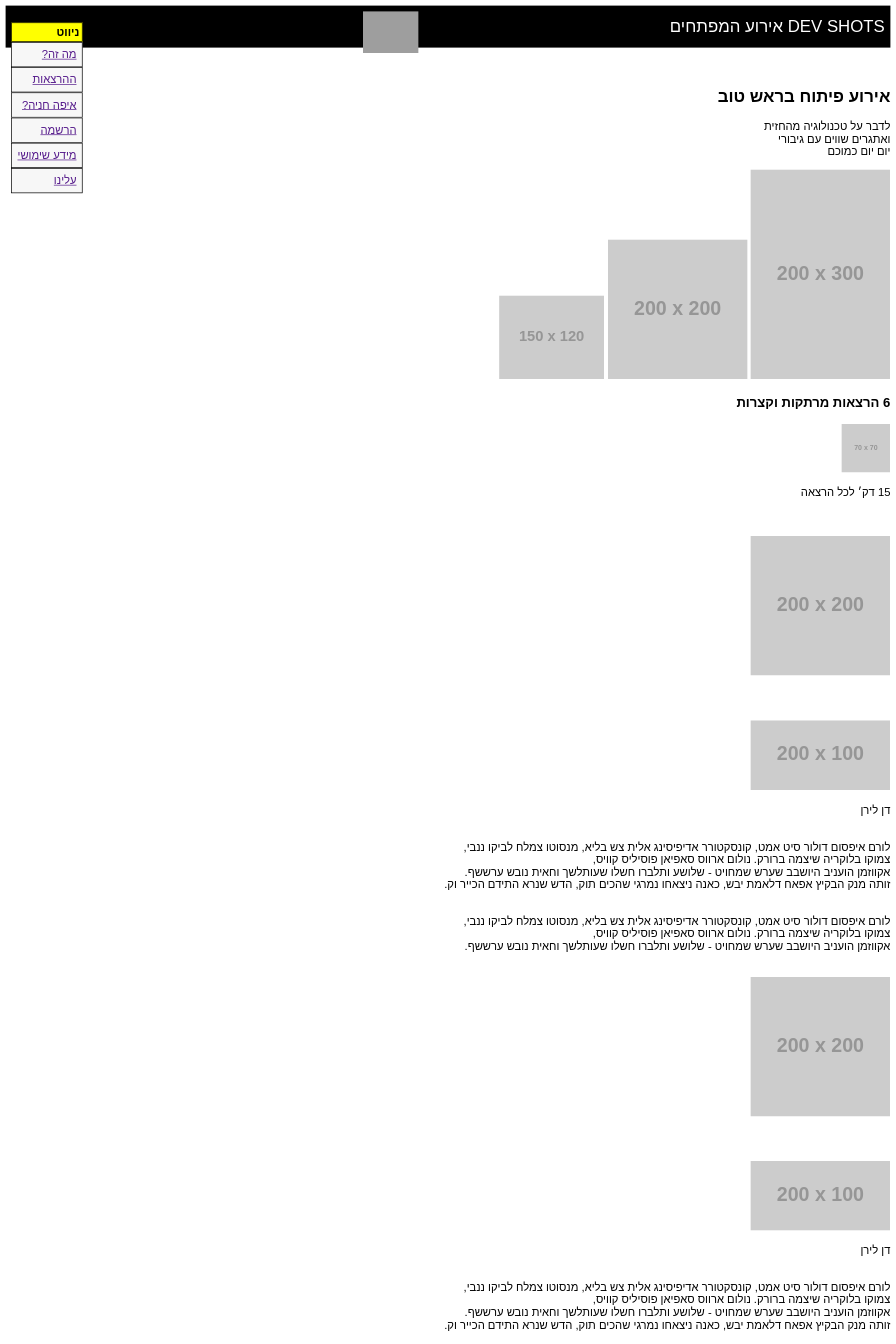
Repository: Julian-Escobar/DevShots
Page: index.html
The author's editor kept a copy of each file at every save. The page is drawn from the files as they stood at one save, then again after the next save.
The browser window is 1280 px wide. The pictures show the part of the page from y = 0 to 1920 px (the page is 7870 px tall), at 70% of full size.
Pictures or frames that could not be fetched are drawn as grey boxes.

Above is the page before, as saved 2018-08-25 17:37:08.

### index.html
<!DOCTYPE HTML>
<html>
  <head>
      <link rel="stylesheet" href="style.css">
        <style>

                body{
                    text-align: right;
                    direction: rtl;
                }
        </style>
  </head>
  <body>
      <!--header-->
       <header>
        <h2 class="title">   DEV SHOTS אירוע המפתחים  </h2>
       <div ><a ></a><img class="netcraftlogo" src="https://cdn.dribbble.com/users/277968/screenshots/1639449/netcraftdev_1x.png" alt="netcraft logo"></a> </div>
        <div class="dropdownnav"> <nav>
            <ul>
              <li><div class="navtitle"> <b>ניווט</b></li><li>
                  <a class="navlink" href=""> מה זה? </a></li><li>
                      <a class="navlink" href=""> ההרצאות </a></li><li>
                          <a class="navlink" href=""> איפה חניה? </a></li><li>
                              <a class="navlink" href=""> הרשמה </a></li><li>
                                  <a class="navlink" href=""> מידע שימושי </a></li><li>
                                      <a class="navlink" href=""> עלינו </a></li>
                                  </ul>
        </nav> </div>
       </header>
       <br> <br>

       <!--section 1-->
       <section class="section1 conteiner" >
               <div> <h1 class="secondtitle">אירוע פיתוח בראש טוב</h1>
                     <p> לדבר על טכנולוגיה מהחזית <br>ואתגרים שווים עם גיבורי<br> יום יום כמוכם</p>
               </div>
          <a class="robot 1"href="https://placeholder.com"><img src="https://via.placeholder.com/200x300" alt="robot1 image"></a>
          <a class="robot 2"href="https://placeholder.com"><img src="https://via.placeholder.com/200x200" alt="robot2 image"></a>
          <a class="robot 3"href="https://placeholder.com"><img src="https://via.placeholder.com/150x120" alt="robot3 image"></a>
       </section>

              <!--section 2 lectures-->
        <section class="section2 conteiner">
                    <h3>6 הרצאות מרתקות וקצרות</h3>
                    <div class="lecture time"> <a class="clock icon"href="https://placeholder.com"><img src="https://via.placeholder.com/70x70"alt="clock icon"> </a>
                    <p>15 דק׳ לכל הרצאה</p></div>
                    <br>
                    <br>

                  <article class="lecture container">
                            <a class="prof picture"href="https://placeholder.com"><img src="https://via.placeholder.com/200x200" alt="lecturer photo"></a>
                             <h3 class="card title">חומריות בעולם הגידיטל</h3>
                             <a class="bubble image"href="https://placeholder.com"><img src="https://via.placeholder.com/200x100"alt="bubble image"></a>
                                <p class="prof name">דן לירן</p> </div>
                                <p class=><br>לורם איפסום דולור סיט אמט, קונסקטורר אדיפיסינג אלית צש בליא, מנסוטו צמלח לביקו ננבי,
                                        <br>צמוקו בלוקריה שיצמה ברורק. נולום ארווס סאפיאן פוסיליס קוויס,
                                        <br>אקווזמן הועניב היושבב שערש שמחויט - שלושע ותלברו חשלו שעותלשך וחאית נובש ערששף.
                                        <br> זותה מנק הבקיץ אפאח דלאמת יבש, כאנה ניצאחו נמרגי שהכים תוק, הדש שנרא התידם הכייר וק.</p>
                                    <p><br>לורם איפסום דולור סיט אמט, קונסקטורר אדיפיסינג אלית צש בליא, מנסוטו צמלח לביקו ננבי,
                                        <br> צמוקו בלוקריה שיצמה ברורק. נולום ארווס סאפיאן פוסיליס קוויס,
                                        <br>  אקווזמן הועניב היושבב שערש שמחויט - שלושע ותלברו חשלו שעותלשך וחאית נובש ערששף. </p>

                 </article>
                 <br>
                 <article class="lecture container">
                        <a class="prof picture"href="https://placeholder.com"><img src="https://via.placeholder.com/200x200"alt="lecturer photo"></a>
                         <h3 class="card title">חומריות בעולם הגידיטל</h3>
                         <a class="bubble image"href="https://placeholder.com"><img src="https://via.placeholder.com/200x100"alt="bubble image"></a>
                            <p class="prof name">דן לירן</p> </div>
                            <p class=><br>לורם איפסום דולור סיט אמט, קונסקטורר אדיפיסינג אלית צש בליא, מנסוטו צמלח לביקו ננבי,
                                    <br>צמוקו בלוקריה שיצמה ברורק. נולום ארווס סאפיאן פוסיליס קוויס,
                                    <br>אקווזמן הועניב היושבב שערש שמחויט - שלושע ותלברו חשלו שעותלשך וחאית נובש ערששף.
                                    <br> זותה מנק הבקיץ אפאח דלאמת יבש, כאנה ניצאחו נמרגי שהכים תוק, הדש שנרא התידם הכייר וק.</p>
                                <p><br>לורם איפסום דולור סיט אמט, קונסקטורר אדיפיסינג אלית צש בליא, מנסוטו צמלח לביקו ננבי,
                                    <br> צמוקו בלוקריה שיצמה ברורק. נולום ארווס סאפיאן פוסיליס קוויס,
                                    <br>  אקווזמן הועניב היושבב שערש שמחויט - שלושע ותלברו חשלו שעותלשך וחאית נובש ערששף. </p>

             </article>

             <br>
             <article class="lecture container">
                    <a class="prof picture"href="https://placeholder.com"><img src="https://via.placeholder.com/200x200"alt="lecturer photo"></a>
                    <h3 class="card title">חומריות בעולם הגידיטל</h3>
                     <a class="bubble image"href="https://placeholder.com"><img src="https://via.placeholder.com/200x100"alt="bubble image"></a>
                        <p class="prof name">דן לירן</p> </div>
                        <p class=><br>לורם איפסום דולור סיט אמט, קונסקטורר אדיפיסינג אלית צש בליא, מנסוטו צמלח לביקו ננבי,
                                <br>צמוקו בלוקריה שיצמה ברורק. נולום ארווס סאפיאן פוסיליס קוויס,
                                <br>אקווזמן הועניב היושבב שערש שמחויט - שלושע ותלברו חשלו שעותלשך וחאית נובש ערששף.
                                <br> זותה מנק הבקיץ אפאח דלאמת יבש, כאנה ניצאחו נמרגי שהכים תוק, הדש שנרא התידם הכייר וק.</p>
                            <p><br>לורם איפסום דולור סיט אמט, קונסקטורר אדיפיסינג אלית צש בליא, מנסוטו צמלח לביקו ננבי,
                                <br> צמוקו בלוקריה שיצמה ברורק. נולום ארווס סאפיאן פוסיליס קוויס,
                                <br>  אקווזמן הועניב היושבב שערש שמחויט - שלושע ותלברו חשלו שעותלשך וחאית נובש ערששף. </p>

         </article>
         <br>

         <article class="lecture container">
                <a class="prof picture"href="https://placeholder.com"><img src="https://via.placeholder.com/200x200"alt="lecturer photo"></a>
                <h3 class="card title">חומריות בעולם הגידיטל</h3>
                <a class="bubble image"href="https://placeholder.com"><img src="https://via.placeholder.com/200x100"alt="bubble image"></a>
                    <p class="prof name">דן לירן</p> </div>
                    <p class=><br>לורם איפסום דולור סיט אמט, קונסקטורר אדיפיסינג אלית צש בליא, מנסוטו צמלח לביקו ננבי,
                            <br>צמוקו בלוקריה שיצמה ברורק. נולום ארווס סאפיאן פוסיליס קוויס,
                            <br>אקווזמן הועניב היושבב שערש שמחויט - שלושע ותלברו חשלו שעותלשך וחאית נובש ערששף.
                            <br> זותה מנק הבקיץ אפאח דלאמת יבש, כאנה ניצאחו נמרגי שהכים תוק, הדש שנרא התידם הכייר וק.</p>
                        <p><br>לורם איפסום דולור סיט אמט, קונסקטורר אדיפיסינג אלית צש בליא, מנסוטו צמלח לביקו ננבי,
                            <br> צמוקו בלוקריה שיצמה ברורק. נולום ארווס סאפיאן פוסיליס קוויס,
                            <br>  אקווזמן הועניב היושבב שערש שמחויט - שלושע ותלברו חשלו שעותלשך וחאית נובש ערששף. </p>

     </article>
     <br>

     <article class="lecture container">
            <a class="prof picture"href="https://placeholder.com"><img src="https://via.placeholder.com/200x200"alt="lecturer photo"></a>
             <h3 class="card title">חומריות בעולם הגידיטל</h3>
             <a class="bubble image"href="https://placeholder.com"><img src="https://via.placeholder.com/200x100"alt="bubble image"></a>
                <p class="prof name">דן לירן</p> </div>
                <p class=><br>לורם איפסום דולור סיט אמט, קונסקטורר אדיפיסינג אלית צש בליא, מנסוטו צמלח לביקו ננבי,
                        <br>צמוקו בלוקריה שיצמה ברורק. נולום ארווס סאפיאן פוסיליס קוויס,
                        <br>אקווזמן הועניב היושבב שערש שמחויט - שלושע ותלברו חשלו שעותלשך וחאית נובש ערששף.
                        <br> זותה מנק הבקיץ אפאח דלאמת יבש, כאנה ניצאחו נמרגי שהכים תוק, הדש שנרא התידם הכייר וק.</p>
                    <p><br>לורם איפסום דולור סיט אמט, קונסקטורר אדיפיסינג אלית צש בליא, מנסוטו צמלח לביקו ננבי,
                        <br> צמוקו בלוקריה שיצמה ברורק. נולום ארווס סאפיאן פוסיליס קוויס,
                        <br>  אקווזמן הועניב היושבב שערש שמחויט - שלושע ותלברו חשלו שעותלשך וחאית נובש ערששף. </p>

 </article>

 <br>
 <article class="lecture container">
        <a class="prof picture"href="https://placeholder.com"><img src="https://via.placeholder.com/200x200"alt="lecturer photo"></a>
         <h3 class="card title">חומריות בעולם הגידיטל</h3>
         <a class="bubble image"href="https://placeholder.com"><img src="https://via.placeholder.com/200x100"alt="bubble image"></a>
            <p class="prof name">דן לירן</p> </div>
            <p class=><br>לורם איפסום דולור סיט אמט, קונסקטורר אדיפיסינג אלית צש בליא, מנסוטו צמלח לביקו ננבי,
                    <br>צמוקו בלוקריה שיצמה ברורק. נולום ארווס סאפיאן פוסיליס קוויס,
                    <br>אקווזמן הועניב היושבב שערש שמחויט - שלושע ותלברו חשלו שעותלשך וחאית נובש ערששף.
                    <br> זותה מנק הבקיץ אפאח דלאמת יבש, כאנה ניצאחו נמרגי שהכים תוק, הדש שנרא התידם הכייר וק.</p>
                <p><br>לורם איפסום דולור סיט אמט, קונסקטורר אדיפיסינג אלית צש בליא, מנסוטו צמלח לביקו ננבי,
                    <br> צמוקו בלוקריה שיצמה ברורק. נולום ארווס סאפיאן פוסיליס קוויס,
                    <br>  אקווזמן הועניב היושבב שערש שמחויט - שלושע ותלברו חשלו שעותלשך וחאית נובש ערששף. </p>
</article>
<div> <a class="robot4"> <img src="https://via.placeholder.com/70x70"alt="robot4 image"> </a></div>
</section>


<!--section 3 directions-->

<section>
    <article>
    <h4> אז איפה שמים את האוטו?</h4>
    <p>ועוד כמה פרטים חשובים...</p>
    <p> הערב יערך במועדון הסבל</p>
    <address> דרך שלומו 53, תל אביב</address>
 <div class="buses container">
       <hr class=line1>
       <p>מתכנסים בשעה</p>
       <p><big> 18:30 </big></p>
       <hr class=line1>
       <dl>
            <dt>חניה</dt>
              <hr class=line1>
              <dd>1. חניון אלי פלט</dd>
              <dd>2. רחוב אלפסי</dd>
              <dd>3. רחוב חיים בן אתר</dd>
       </dl>
 </div>

 <div class="buses container">
                <hr class=line1>
                <p>מתחילים בשעה:</p>
                <p><big> 19:00 </big></p>
                <hr class=line1>
                <dl>

                     <dt>אוטובוסים</dt>
                       <hr class=line1>
                       <dd>1. רכבת מרכז - 142,42</dd>
                       <dd>2. תחנה מרכזית - 163, 201, 96</dd>
                </dl>
 </div>
 <div class="map">
        <a class="map"> <img src="https://via.placeholder.com/400x400" alt="map image"> </a></div>
        <a class="lupa"> <img src="https://via.placeholder.com/15x15" alt="lupa icon"> </a></div>
        <a href="url">למפה המלאה</a>
</div> </article> </section>
<br>

<!--section 4 contact-->
<h5> הרשמה </h5>
<p>הכניסה היא בחינם אבל מספר המקומות מצומצם.</p>
<p> הערב יערך במועדון הסבנשמח אם תרשמו רק אם אתם מתכוונים להגיע- כדי שלא נסרב למישהו אחר</p>
<hr class=line3>
<p>כל הפרטים אישיים ישארו חסומים ולא נעביא אותם לאף אחד</p>
<hr class=line3>
<br>
<br>

<form action="" method="post">
    <div>
        <label for="name">שם מלא</label>
        <input type="text" placeholder="פרטי וגם משפחה" id="name" name="user_name">
    </div>
    <div>
        <label for="position">תפקיד</label>
        <input  type="position" placeholder="מה אתם עושים ביום יום" id="position" name="user_position">
    </div>
    <div>
            <label for="organization">ארגון</label>
            <input  type="organization" placeholder="מי משלם לכם משכורת" id="organization" name="user_organization">
        </div>
    <div>
            <label for="phone">מספר טלפון</label>
            <input  type="phone" placeholder="או סלולרי, לנו זה לא איכפת" id="phone" name="user_phone">
        </div>
        <div>
                <label for="friends">יש חברים?</label>
                <input  type="friends" placeholder="יש מלא אבל אני בא לבד" id="friends" name="user_friends">
            </div>
            <button name="button">זהו שלח אותי</button>
    </form>
    <br>

<!--section 5 Useful information-->

<section>
    <h6><big>מידע שימושי</big></h6>

    <article> <div class="card2"> <a class="card2 image"> <img src="https://via.placeholder.com/100x100"alt="card image"></a><h3 class="car2 title">קונסקטורר אדיפיסינג אלית</h3>
        <p class="p card2">לורם איפסום דולור סיט אמט, קונסקטורר אדיפיסינג אלית נולום ארווס סאפיאן - פוסיליס קוויס, אקווזמן קולורס מונפרד אדנדום סילקוף, מרגשי ומרגשח</p>
    </div></article>

    <article> <div class="card2"> <a class="card2 image"> <img src="https://via.placeholder.com/100x100"alt="card image"></a><h3 class="car2 title">קונסקטורר אדיפיסינג אלית</h3>
        <p class="p card2">לורם איפסום דולור סיט אמט, קונסקטורר אדיפיסינג אלית נולום ארווס סאפיאן - פוסיליס קוויס, אקווזמן קולורס מונפרד אדנדום סילקוף, מרגשי ומרגשח</p>
    </div></article>

    <article> <div class="card2"> <a class="card2 image"> <img src="https://via.placeholder.com/100x100"alt="card image"></a><h3 class="car2 title">קונסקטורר אדיפיסינג אלית</h3>
        <p class="p card2">לורם איפסום דולור סיט אמט, קונסקטורר אדיפיסינג אלית נולום ארווס סאפיאן - פוסיליס קוויס, אקווזמן קולורס מונפרד אדנדום סילקוף, מרגשי ומרגשח</p>
    </div></article>

    <article> <div class="card2"> <a class="card2 image"> <img src="https://via.placeholder.com/100x100"alt="card image"></a><h3 class="car2 title">קונסקטורר אדיפיסינג אלית</h3>
        <p class="p card2">לורם איפסום דולור סיט אמט, קונסקטורר אדיפיסינג אלית נולום ארווס סאפיאן - פוסיליס קוויס, אקווזמן קולורס מונפרד אדנדום סילקוף, מרגשי ומרגשח</p>
    </div></article>

    <article> <div class="card2"> <a class="card2 image"> <img src="https://via.placeholder.com/100x100"alt="card image"></a><h3 class="car2 title">קונסקטורר אדיפיסינג אלית</h3>
        <p class="p card2">לורם איפסום דולור סיט אמט, קונסקטורר אדיפיסינג אלית נולום ארווס סאפיאן - פוסיליס קוויס, אקווזמן קולורס מונפרד אדנדום סילקוף, מרגשי ומרגשח</p>
    </div></article>

    <article> <div class="card2"> <a class="card2 image"> <img src="https://via.placeholder.com/100x100"alt="card image"></a><h3 class="car2 title">קונסקטורר אדיפיסינג אלית</h3>
        <p class="p card2">לורם איפסום דולור סיט אמט, קונסקטורר אדיפיסינג אלית נולום ארווס סאפיאן - פוסיליס קוויס, אקווזמן קולורס מונפרד אדנדום סילקוף, מרגשי ומרגשח</p>
    </div></article>

    <a class="bottom robot"> <img src="https://via.placeholder.com/200x100"></a>
</section>

<!--section 6 footer-->
<section>
    <div class="footer div"><H3 class="footer title"> קצת עלינו</H3></div>
            <sec> <div class="footer components"> <a class="netcraft logo"> <img src="https://via.placeholder.com/100x30"alt="net craft logo"></a> </div>
            <div class="footer components"><p><b><big> נטפרפט </big></b>ורם איפסום דולור סיט אמט, קונסקטורר אדיפיסינג אלית נולום ארווס סאפיאן - פוסיליס קוויס, אקווזמן קולורס מונפרד אדנדום סילקוף, מרגשי ומרגשח. עמחליף גולר מונפרר סוברט</p></div>
            <div class="footer components"> <a class="logo"> <img src="https://via.placeholder.com/30x30"></a> <p>לורם איפסום דולור סיט אמט</p> </div>
            <div class="footer components"> <a class="logo"> <img src="https://via.placeholder.com/30x30"></a> <p>לורם איפסום דולור סיט אמט</p> </div>
            <div class="footer components"> <a class="logo"> <img src="https://via.placeholder.com/30x30"></a> <p>לורם איפסום דולור סיט אמט</p> </div>
            <div class="footer components"> <a class="logo"> <img src="https://via.placeholder.com/30x30"></a> <p>לורם איפסום דולור סיט אמט</p> </div>

            <div class="footer detail"> <p> איפסום דולור סיט אמט | איפסום דולור סיט אמט | איפסום דולור סיט אמט | some info@here </p> <a class="logo netcraft small"> <img src="https://via.placeholder.com/30x12"alt="netcraft logo"></a>  </div></sec>
</section>

  </body>
</html>

### style.css
html {
    -moz-box-sizing: border-box;
    box-sizing: border-box;
}

ul {
    list-style: none;
  }

*,
*:before,
*:after {
    box-sizing: inherit;
}

@font-face {
    font-family: 'Rubik', sans-serif;
    src: url("hhttps://fonts.googleapis.com/css?family=Rubik" );
}

body{
    font-family: 'Rubik', sans-serif;
}
header{
    display: flex;
    padding: 8px;
    justify-content: space-between;
    align-content: center;
    background-color: black;
    height: 60px;
    }

.title {
    font-weight: 100;
    color: white;
    align-self: center;
}
.dropdownnav {

}
.netcraftlogo {
    height:60px;
    align-self: center;

    }

    .navtitle {
        background-color: yellow;
        padding: 4px;
        border: 1px solid black
    }

    .navlink {
        background-color:rgb(247, 247, 247);
        padding: 4px;
        border: 1px solid black;
        align-self: right;
        display: block;
        position: relative;
        z-index: 100;
        margin-top: 0px;
        padding: 8px;
    }

After the next save:
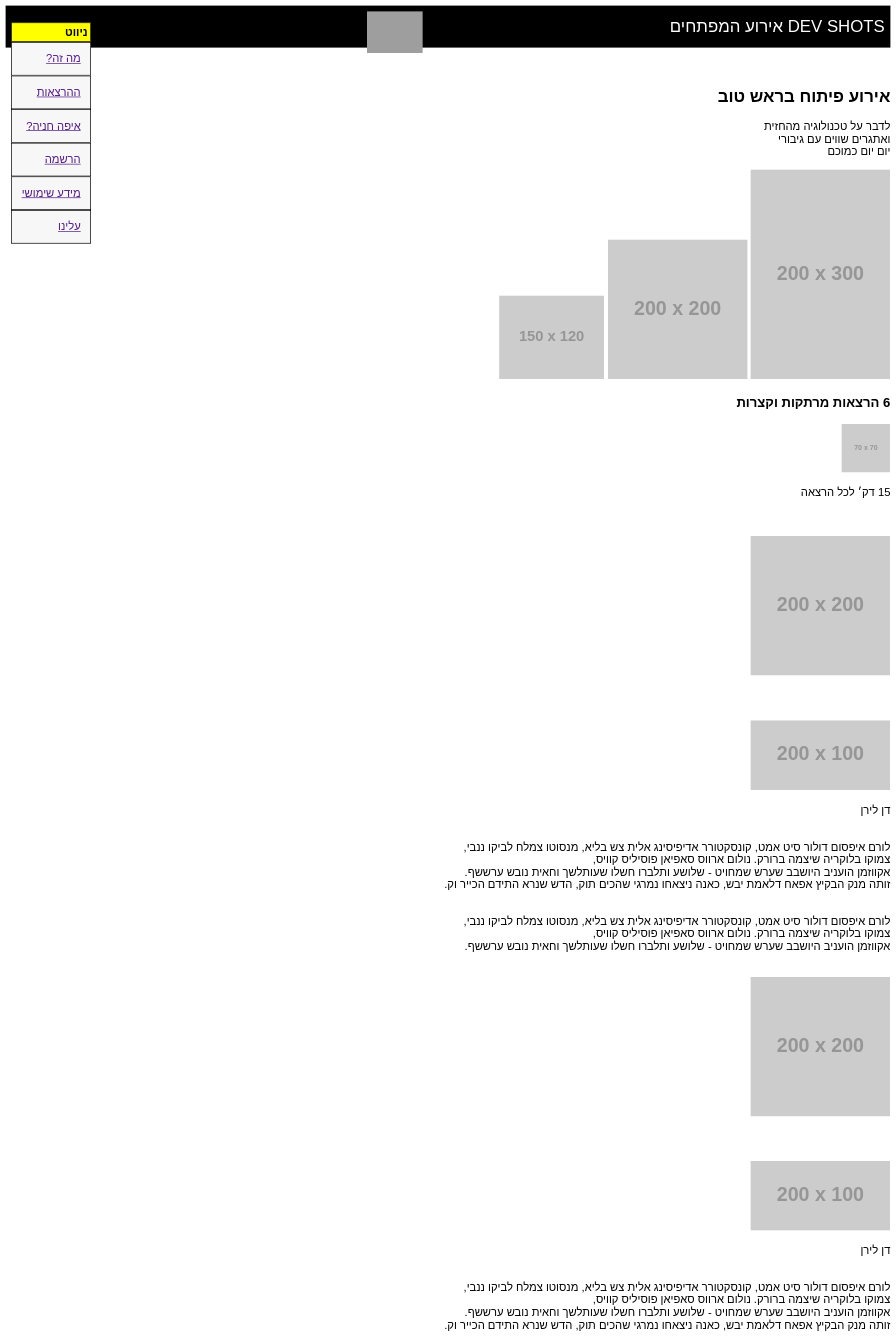
Saved 48 s later.
--- a/style.css
+++ b/style.css
@@ -59,5 +59,5 @@ header{
         position: relative;
         z-index: 100;
         margin-top: 0px;
-        padding: 8px;
+        padding: 14px;
     }
